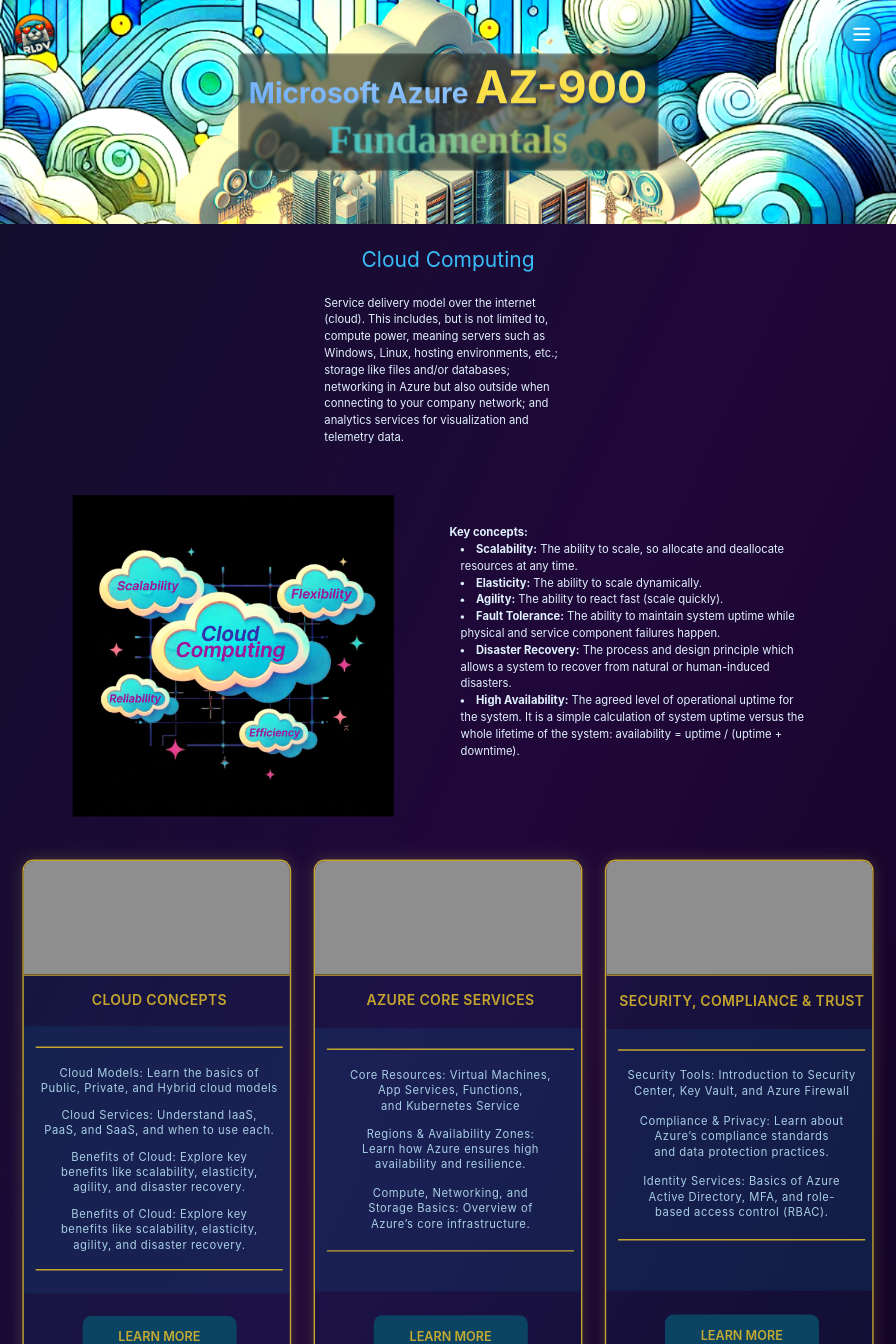
Repository: Freezler/az-900_svelte5
Page: /
An editor plug-in stored every save of this project. The page is shown before and after a run of saves, followed by the edit.
The browser window is 1280 px wide. The pictures show the part of the page from y = 0 to 1920 px (the page is 2706 px tall), at 70% of full size.
Pictures or frames that could not be fetched are drawn as grey boxes. The project was rebuilt for these pictures with package versions that can differ from the ones it lists, and the page was loaded fresh each time. The framework's server and built-in components were replaced by stand-ins that run in the browser. Also part of the build but not shown: vite.config.ts.

Above is the page before, as saved 2024-11-10 11:00:30.

After the next 2 saves:
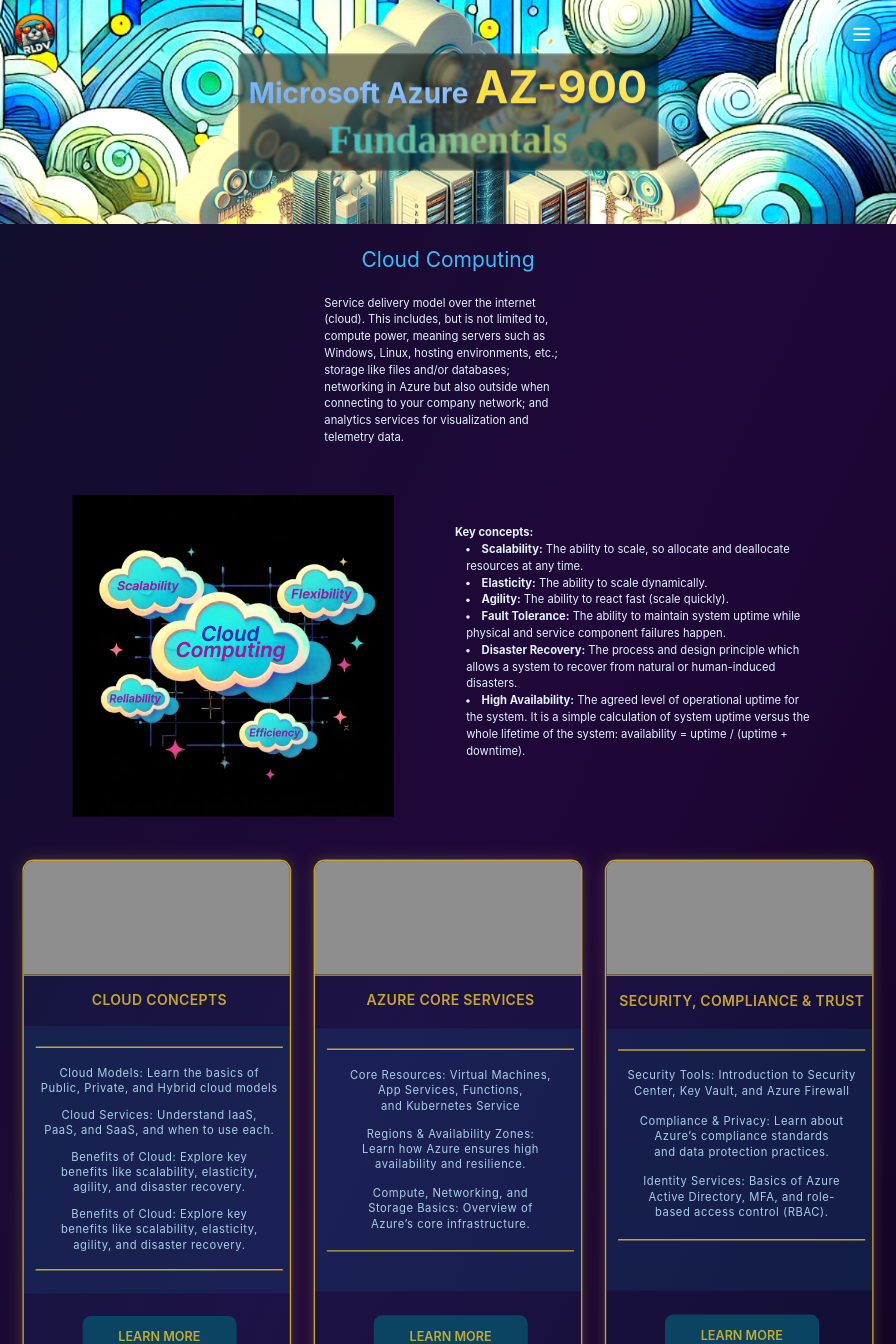
The 2 saves are shown as one change because they came seconds apart.
The last was saved 9 s later.
--- a/src/components/ComputingArticle.svelte
+++ b/src/components/ComputingArticle.svelte
@@ -17,7 +17,7 @@
 		class=" w-full md:w-[672px]  mx-auto rounded-2xl overflow-hidden  pr-12 -mt-8 drop-shadow-[(0_0px_22px_rgba(255,255,99,0.2))] "
 	/>
 	<article
-		class=" text-sky-100 px-8 py-0 w-[572px] md:mr-32 rounded-xl "
+		class=" text-sky-100 px-8 py-0 w-[572px] md:mr-28 rounded-xl "
 	>
 		<p><strong>Key concepts:</strong></p>
 		<ul class="list-inside list-disc pl-4">
